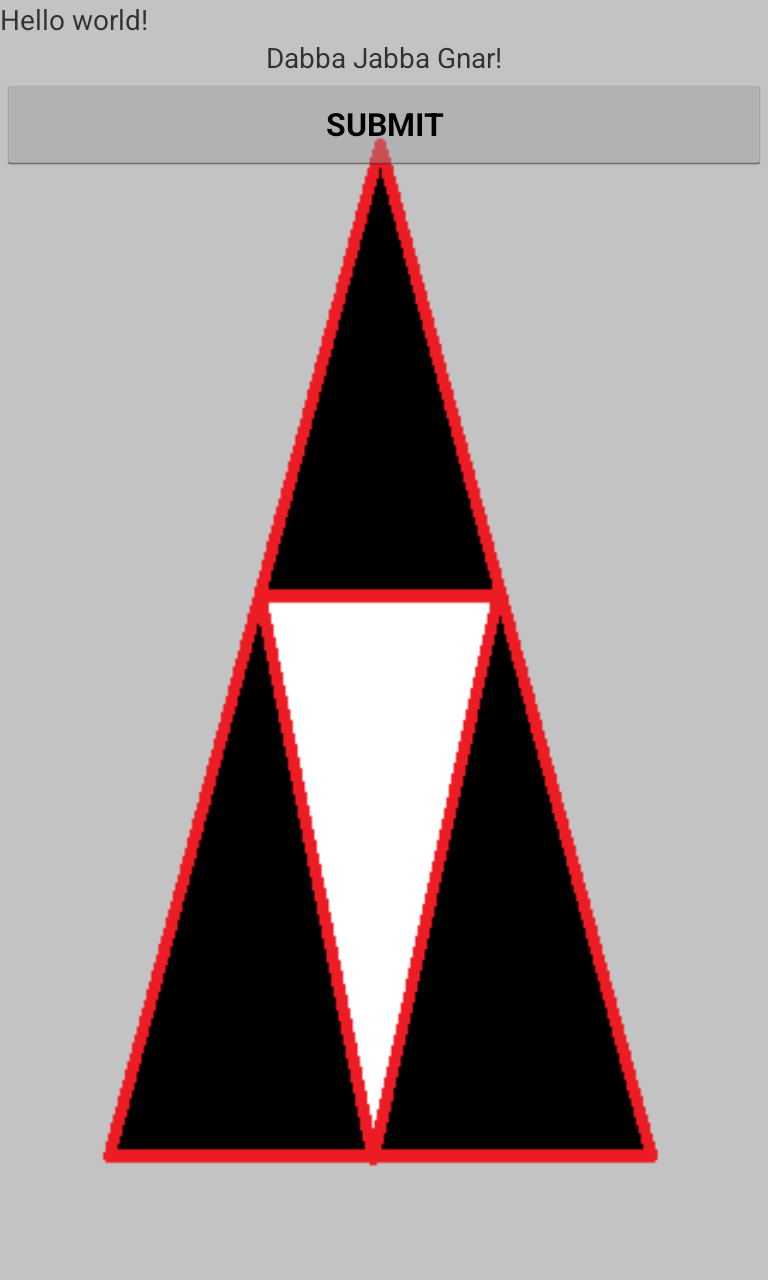
Repository: IgnacioRV/AndroidDev
Layout: ProjectYasuo/res/layout/main2.xml
The author's editor kept a copy of each file at every save. The layout is drawn from the files as they stood at one save, then again after the next save.
It is drawn on a 768 x 1280 px phone screen (xhdpi) without system bars, with theme AppTheme; the app's code is not run.

Above is the layout before, as saved 2016-01-21 16:13:00.

### ProjectYasuo/res/layout/main2.xml
<?xml version="1.0" encoding="utf-8"?>
<LinearLayout xmlns:android="http://schemas.android.com/apk/res/android"
    android:layout_width="fill_parent"
    android:layout_height="fill_parent"
    android:orientation="vertical"
    android:background="@drawable/bck">

    <TextView
        android:layout_width="fill_parent"
        android:layout_height="wrap_content"
        android:text="@string/hello_world" />

    <TextView
        android:layout_width="fill_parent"
        android:layout_height="wrap_content"
        android:text="@string/FirstWords"
        android:gravity="center"
        />

    <Button
        android:layout_width="fill_parent"
        android:layout_height="wrap_content"
        android:text="@string/button1"
        android:textSize="16sp"
        android:textStyle="bold" />

</LinearLayout>

### ProjectYasuo/res/values/strings.xml
<?xml version="1.0" encoding="utf-8"?>
<resources>

    <string name="app_name">ProjectYasuo</string>
    <string name="hello_world">Hello world!</string>
    <string name="FirstWords">Dabba Jabba Gnar!</string>
    <string name="button1">SUBMIT</string>

</resources>

Loaded but not shown: ProjectYasuo/res/values/styles.xml (common file); ProjectYasuo/res/values-v11/styles.xml (common file); ProjectYasuo/res/values-v14/styles.xml (common file)

After the next save:
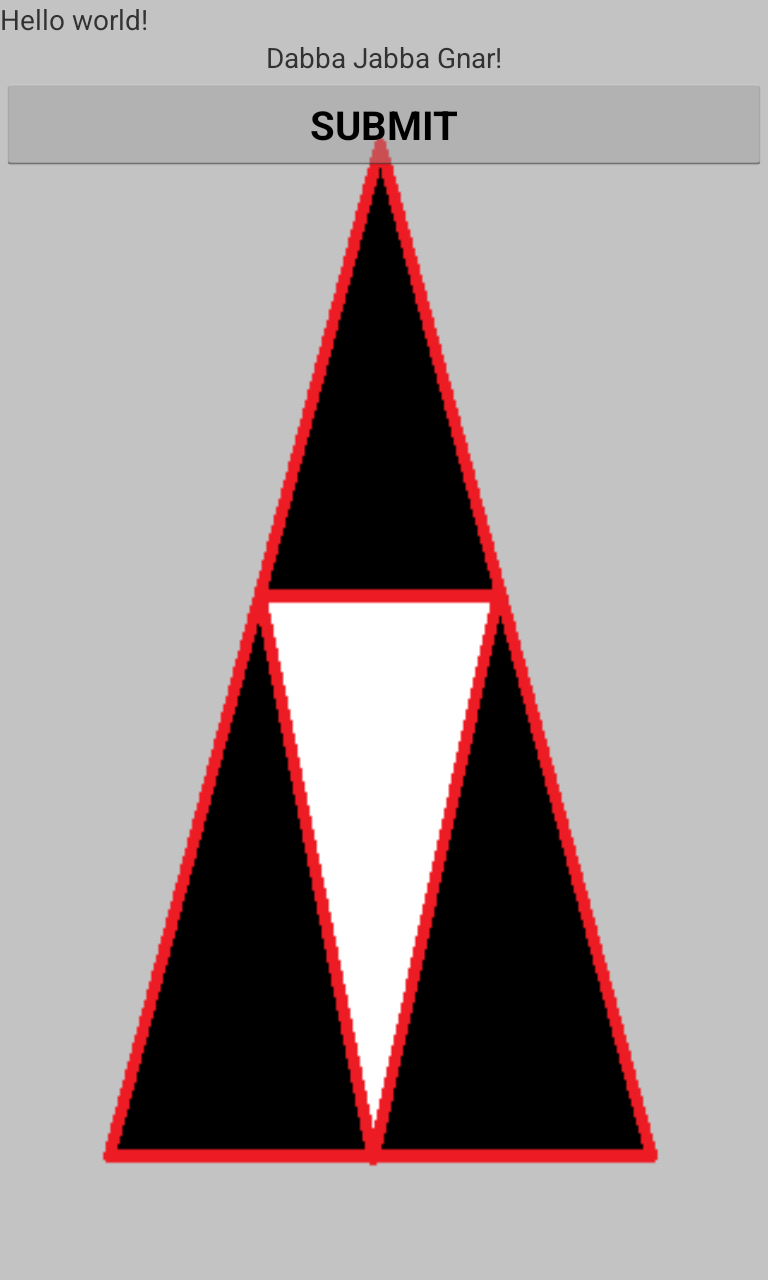
Saved 11 s later.
--- a/ProjectYasuo/res/layout/main2.xml
+++ b/ProjectYasuo/res/layout/main2.xml
@@ -21,7 +21,7 @@
         android:layout_width="fill_parent"
         android:layout_height="wrap_content"
         android:text="@string/button1"
-        android:textSize="16sp"
+        android:textSize="20sp"
         android:textStyle="bold" />
 
 </LinearLayout>
